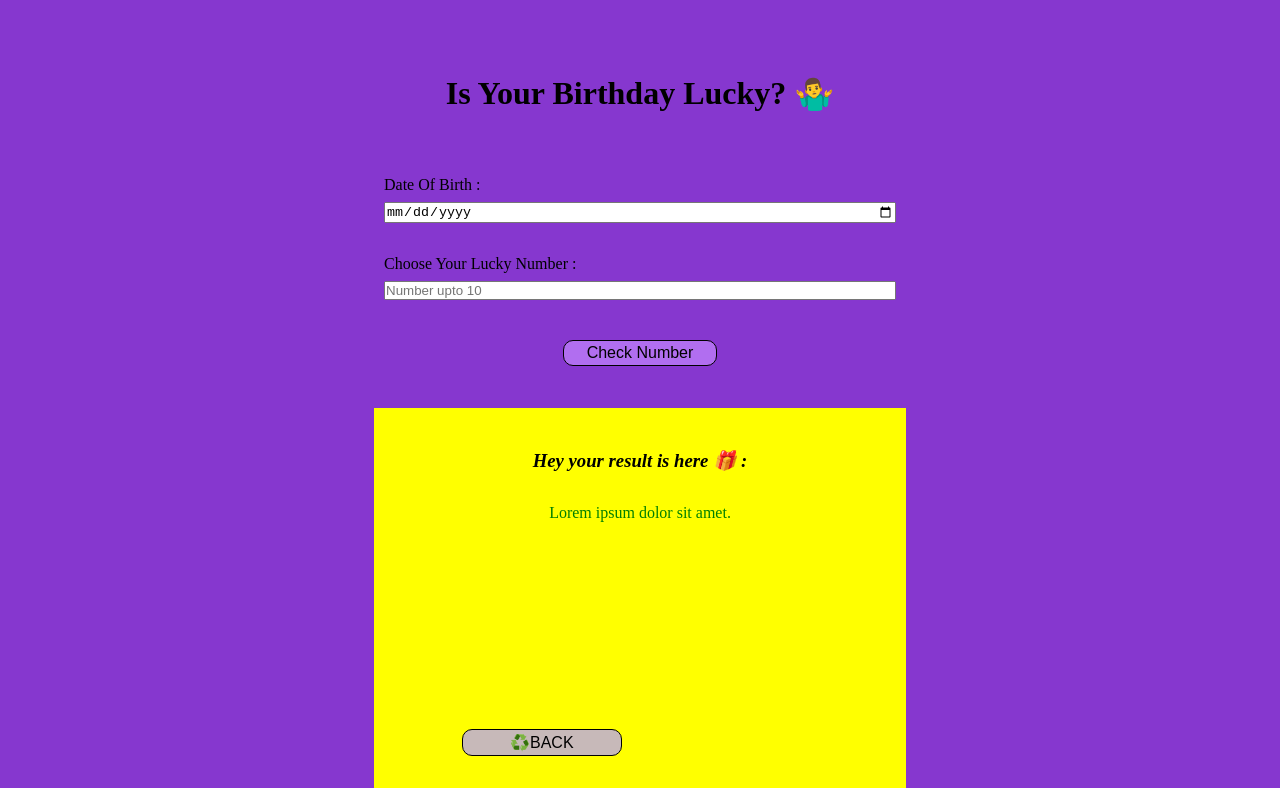
Repository: patelamancode/Lucky-Birthday-App
Page: index.html
These files come from the project's save history. The page is drawn as it stood at one moment and after the next save; the edit follows.
The browser window is 1280 px wide. The pictures show the whole page.

Above is the page before, as saved 2022-11-23 15:34:06.

### index.html
<!DOCTYPE html>
<html lang="en">
<head>
    <meta charset="UTF-8">
    <meta http-equiv="X-UA-Compatible" content="IE=edge">
    <meta name="viewport" content="width=device-width, initial-scale=1.0">
    <link rel="stylesheet" href="index.css">
    <title>Is your birthday lucky</title>
</head>
<body>
    <div id="main-container">
        <h1 class="app-title">Is Your Birthday Lucky? 🤷‍♂️</h1>
        <label for="date-of-birth" class="dob">Date Of Birth :</label>
        <input type="date" id="selected-dob">
        <label for="lucky-number" class="favourite-number">Choose Your Lucky Number :</label>
        <input type="number" class="user-number" placeholder="Number upto 10">
        <button id="check-btn">Check Number</button>
    </div>
    <div id="graphic-container">
        <h3 id="result-heading">Hey your result is here 🎁 :</h3>
        <p id="final-result">Lorem ipsum dolor sit amet.</p>
        <button id="back-btn">♻️BACK</button>
    </div>
    <script src="index.js"></script>
</body>
</html>

### index.css
*{
    margin: 0;
    padding: 0;
}
 body{
    background-color: rgb(134, 55, 207);
 }

 #main-container {
    display: flex;
    flex-direction: column;
    width: 40vw;
    margin: auto;
    margin-top: 2rem;
    padding: 10px;
    text-align: center;
 }

 .app-title{
    margin: 2rem 0;
 }
 label{
    width: auto;
    text-align: left;
    margin-top: 2rem;
    margin-bottom: 0.5rem;
 }
 /* input{
    -webkit-appearance: none;
    box-shadow: none !important;
 } */
 button{
    margin: auto;
    margin-top: 2.5rem;
    width: 30%;
    padding: 3px;
    font-size: 1rem;
    font-weight: 500;
    border: 1px solid;
    background-color: rgb(177, 110, 240);
    border-radius: 10px;
 }

/* change in display to flex from none */
 #graphic-container{
    display: flex;
    flex-direction: column;
    width: 40vw;
    height: 50vh;
    margin: auto;
    margin-top: 2rem;
    padding: 10px;
    text-align: center;
    background-color: yellow;
    position: relative;

 }
#result-heading{
  font-style: italic;
   margin-top: 2rem;
 }

 #final-result{
   margin: 2rem;
   color: green;
   font-style: ;
   font-family: fantasy, papyrus;
 }

 #back-btn{
   position: absolute;
   bottom: 2rem;
   left: 5.5rem;
   background-color: rgb(199, 185, 185);
 }

### index.js
const checkButton = document.querySelector('#check-btn');
const appContent = document.querySelector('#main-container');
const userBirthDate = document.querySelector('#selected-dob');
const luckyNumber = document.querySelector('.user-number');
const graphicDisplay = document.querySelector('#graphic-container');
const backButton = document.querySelector('#back-btn');



function showResult() {
    hideContent();
    graphicDisplay.style.display = "flex";
};

function hideContent() {
    appContent.style.display = "none";
};


function specialDateIs() {
    let value = userBirthDate.value.split("-");
    var sum = 0;
    for (let i = 0; i < value.length; i++) {
        sum += parseInt(value[i]);
    }
    console.log(sum);
    if (sum % luckyNumber.value == 0) {
        console.log("you have a special birthdate")
    } else console.log("Opps your birthdate is normal");

};


checkButton.addEventListener('click', function() {
    specialDateIs();
    showResult();
    console.log(value);
});

backButton.addEventListener('click',function(){
    appContent.style.display = "flex";
    graphicDisplay.style.display = "none"
    window.location.reload();
});

After the next save:
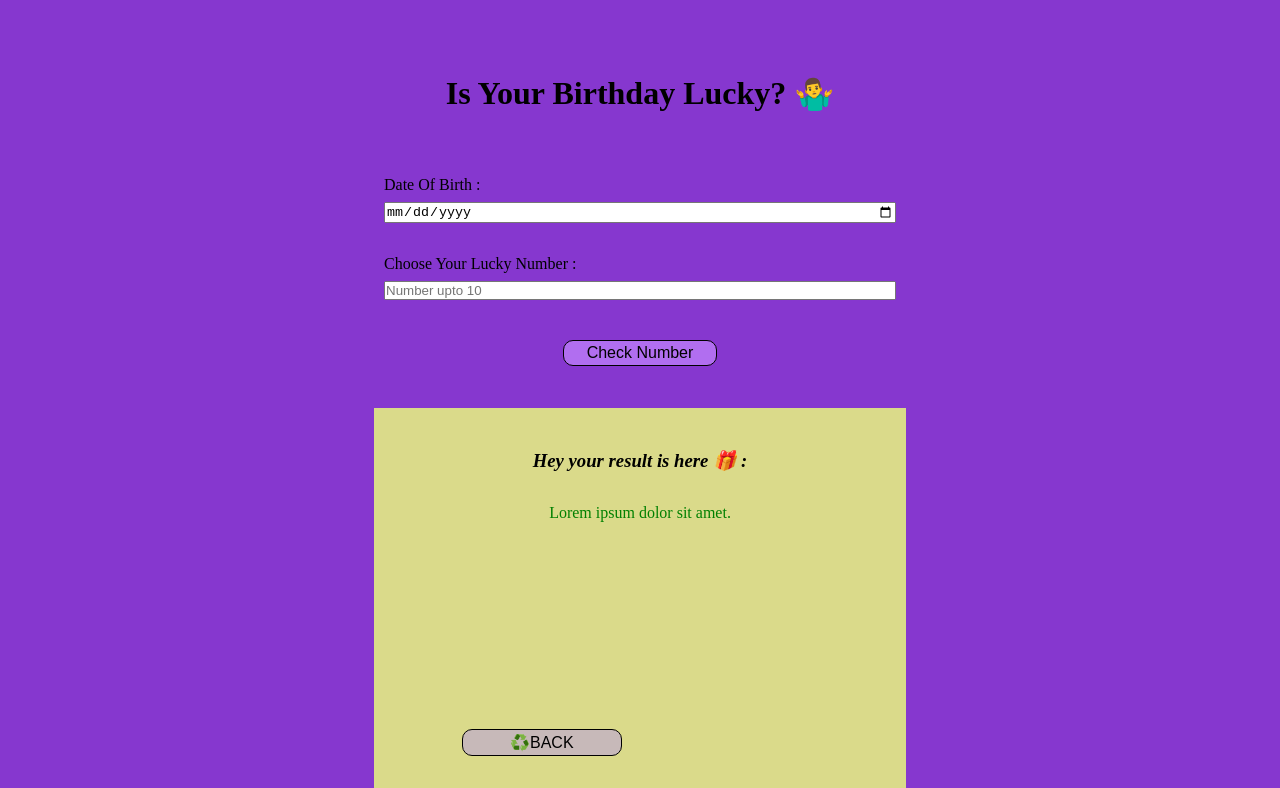
Saved 108 s later.
--- a/index.css
+++ b/index.css
@@ -51,7 +51,7 @@
     margin-top: 2rem;
     padding: 10px;
     text-align: center;
-    background-color: yellow;
+    background-color: rgb(218, 218, 138);
     position: relative;
 
  }
@@ -63,7 +63,6 @@
  #final-result{
    margin: 2rem;
    color: green;
-   font-style: ;
    font-family: fantasy, papyrus;
  }
 
